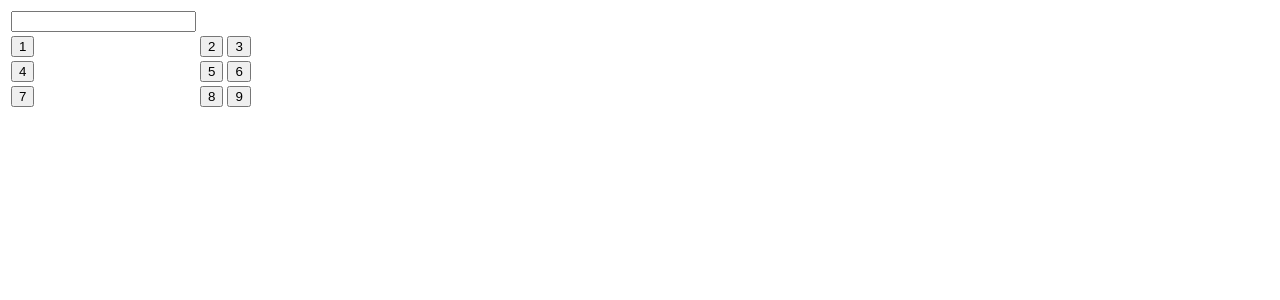
Repository: JungYOsup/Mini_project
Page: http://localhost/EsCape_Room/result_form.jsp
These files come from the project's save history. The page is drawn as it stood at one moment and after a run of saves; the edit follows.
The browser window is 1280 px wide. The pictures show the whole page.
The page is served by Tomcat 9.

Above is the page before, as saved 2018-01-15 08:50:55.

After the next 2 saves:
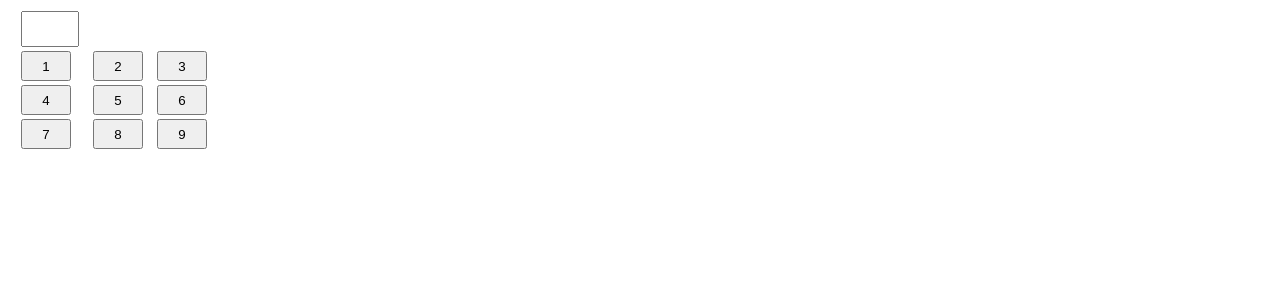
Not found: EsCape_Room/EsCape_Room/img/0.png
The 2 saves are shown as one change because they came seconds apart.
The last was saved 59 s later.
--- a/EsCape_Room/WebContent/result_form.jsp
+++ b/EsCape_Room/WebContent/result_form.jsp
@@ -15,6 +15,29 @@
 
 <html>
 <head>
+<style type="text/css">
+#input{
+	margin-left:12px;
+	width: 239px;
+	text-align: right;
+}
+table{
+
+	background-image: url("img/0.png");
+
+}
+
+table input{
+
+	margin-left:10px;
+	width: 50px;
+	height: 30px;
+	text-align: center;
+
+
+}
+
+</style>
 <script type="text/javascript"
 	src="http://code.jquery.com/jquery-latest.js"></script>
 
